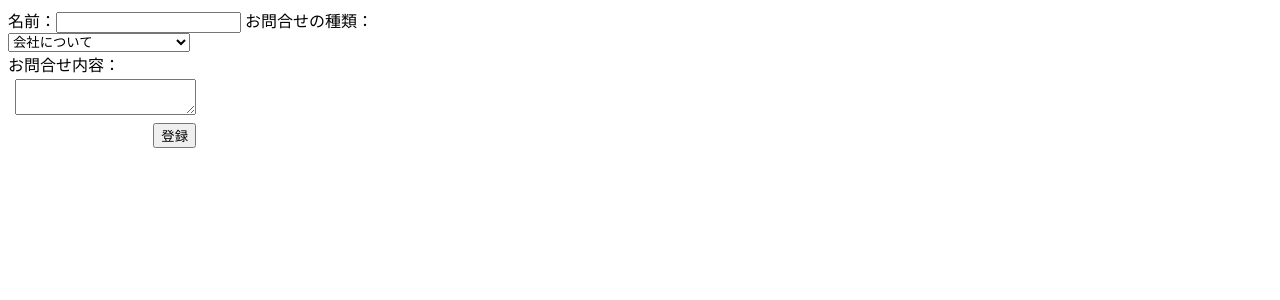
Repository: 3103senoomizho/test
Page: http://localhost/WebProj3/inquiry.jsp
An editor plug-in stored every save of this project. The page is shown before and after the next save, followed by the edit.
The browser window is 1280 px wide. The pictures show the whole page.
The page is served by Tomcat 9. Other server files are loaded and not shown.

Above is the page before, as saved 2018-03-09 02:16:12.

### WebProj3/WebContent/inquiry.jsp
<%@ page language="java" contentType="text/html; charset=UTF-8"
    pageEncoding="UTF-8"%>
<%@ taglib prefix="s" uri="/struts-tags" %>
<!DOCTYPE html>
<html>
<head>
<meta charset="UTF-8">
<title>お問合わせフォーム</title>
</head>
<body>
  <s:form method="post" action="InquiryCompleteAction">
   名前：<input type="text" name="name"/>
   お問合せの種類：<br>
   <select name="qtype">
       <option value="company">会社について</option>
       <option value="product">製品について</option>
       <option value="support">アフターサポートについて</option>
   </select>
       <br>
       お問合せ内容：
       <s:textarea name="body"/>
       <br><s:submit value="登録"/>
  </s:form>


</body>
</html>

After the next save:
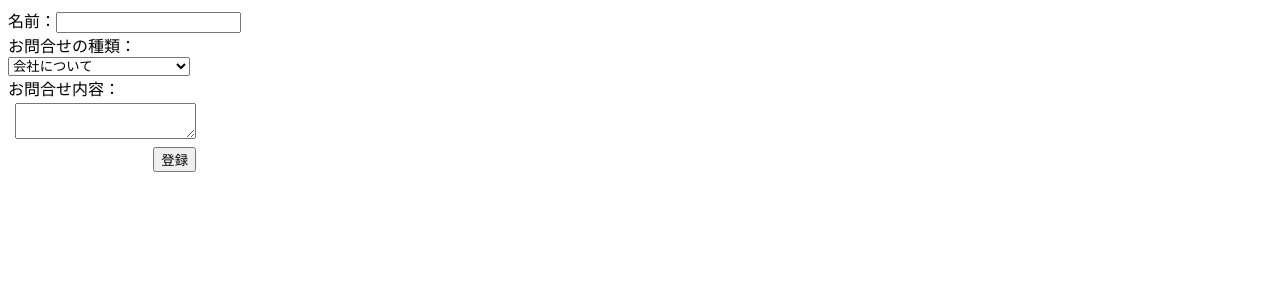
Saved 40 s later.
--- a/WebProj3/WebContent/inquiry.jsp
+++ b/WebProj3/WebContent/inquiry.jsp
@@ -10,7 +10,7 @@
 <body>
   <s:form method="post" action="InquiryCompleteAction">
    名前：<input type="text" name="name"/>
-   お問合せの種類：<br>
+   <br>お問合せの種類：<br>
    <select name="qtype">
        <option value="company">会社について</option>
        <option value="product">製品について</option>
